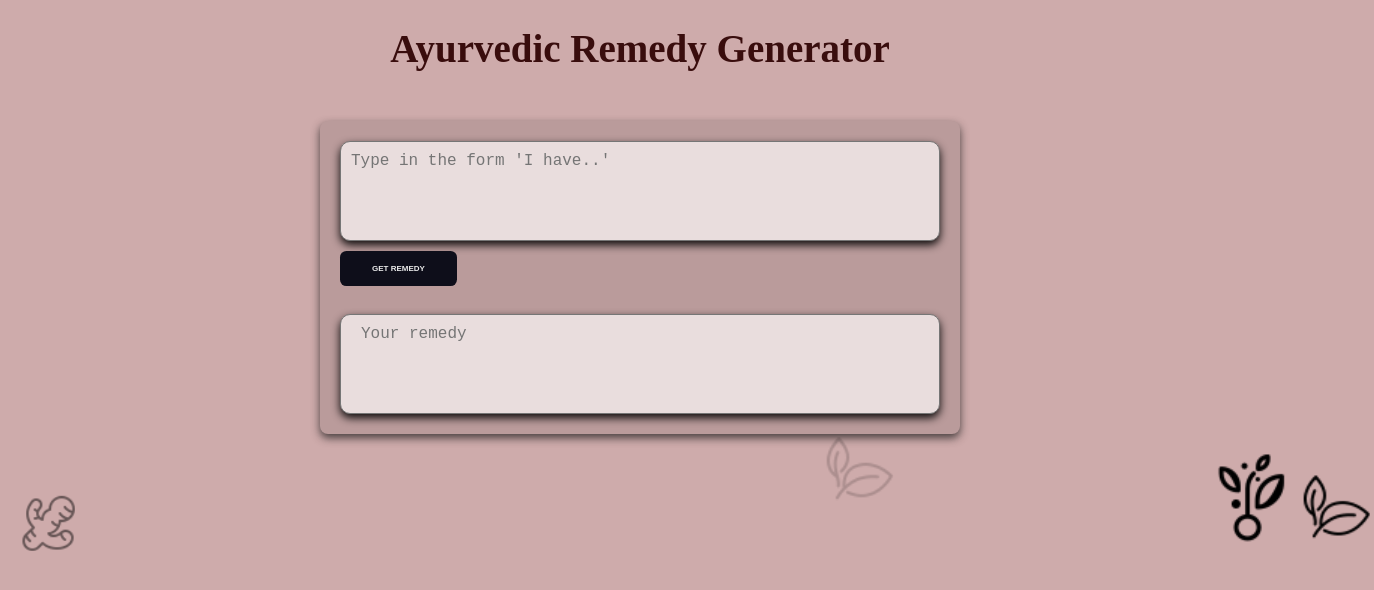
Repository: krutarthh/Ayurvedic-Remedy
Page: index.html
These files come from the project's save history. The page is drawn as it stood at one moment and after the next save; the edit follows.
The browser window is 1280 px wide. The page is 1374 px wide, so the pictures cover 1374 px, including what lies to the right of the window. The pictures show the whole page.

Above is the page before, as saved 2024-04-10 15:33:50.

### index.html
<!DOCTYPE html>
<html>
<head>
  <script type="importmap">
    {
      "imports": {
        "@google/generative-ai": "https://esm.run/@google/generative-ai"
      }
    }
  </script>
</head>
<body>
  <h1 id="main_title">Ayurvedic Remedy Generator</h1>
  <div class="container">
    <link rel="stylesheet" href="app.css">
    <textarea id="user_input" placeholder="Type in the form 'I have..'" type="container"></textarea>
    <button id="Send" type="container">Get Remedy</button>
    <br><br>
    <textarea id="answer" placeholder="Your remedy" type="container"></textarea>


  </div>
  <div class="muzieknootjes">
      <div class="noot-1">
        <img src="images/icons8-ginger-50.png">
      </div>
      <div class="noot-2">
        <img src="images/icons8-ayurveda-64.png">
      </div>
      <div class="noot-3">
        <img src="images/icons8-herb-50.png">
      </div>
      <div class="noot-4">
        <img src="images/icons8-ayurveda-64.png">
        <img src="images/icons8-herb-50.png">
      </div>
    </div>
  <script type="module" src="app.js"></script>
</body>
</html>

### app.css
/* app.css */
body {
    background: #ceabab;
}
.container {

    max-width: 600px;
    margin: 50px auto;
    padding: 20px;
    background-color: #ba9b9b;;
    border-radius: 8px;
    box-shadow: 0 4px 8px rgba(62, 55, 55, 0.931);
}
#user_input {
    width: 100%;
    padding: 10px;
    font-size: 16px;
background-color: #e9dddd;
    border-radius: 10px; /* Add border-radius property with a value of 10px */
    box-sizing: border-box;
    resize: none;
    height: 100px;
    margin: 0 auto;
    display: block;
    box-shadow: 0 4px 8px rgba(0, 0, 0, 0.931);
}

#answer {
  width: 100%;
  padding: 10px;
  font-size: 16px;
background-color: #e9dddd;
  border-radius: 10px; /* Add border-radius property with a value of 10px */
  box-sizing: border-box;
  resize: none;
  height: 100px;
  margin: 0 auto;
  display: block;
  box-shadow: 0 4px 8px rgba(0, 0, 0, 0.931);
}

#user_input {
    margin-bottom: 10px;
}




#answer {
    padding-left: 20px;
    margin-top: 10px;
}

#main_title {
    text-align: center;
    font-size: 39px;
    color: #390d0d;
    margin-bottom: 20px;
}



.muzieknootjes {
    display: block;
    margin: auto;
    position: relative;
    width: 100%;
    min-width: 200px;
    height: 100px;
    border: 0px solid #947070;
  }

  .noot-1,
  .noot-2,
  .noot-3,
  .noot-4 {
    position: absolute;
    animation: notes 2s infinite linear;
    font-size: 1px;
    opacity: 1;
  }

  .noot-1 {
    top: 30px;
    left: 0;
    animation-delay: 0.5s;
  }

  .noot-2 {
    top: 30px;
    left: 30%;
    animation-delay: 1s;
  }

  .noot-3 {
    top: 30px;
    left: 60%;
    animation-delay: 1.5s;
  }

  .noot-4 {
    top: 30px;
    left: 90%;
    animation-delay: 2s;
  }

  @keyframes notes {
    0% {
      transform: scale(1) translate(0, 0);
      opacity: 0;
    }
    50% {
      opacity: 1;
      transform: scale(1.5) translate(50%, -50%);
    }
    80% {
      opacity: 0;
      transform: scale(1.5) translate(100%, -100%);
    }
    100% {
      transform: scale(1.5) translate(100%, -100%);
      opacity: 0;
    }
  }





  #Send {
    font-size: 0.5rem; /* Decrease the font size to make the button smaller */
    padding: 0.8rem 2rem; /* Adjust the padding to make the button smaller */
    border: none;
    outline: none;
    border-radius: 0.4rem;
    cursor: pointer;
    text-transform: uppercase;
    background-color: rgb(14, 14, 26);
    color: rgb(234, 234, 234);
    font-weight: 700;
    transition: 0.6s;


  }

  #Send:active {
    scale: 0.92;
  }

  #Send:hover {
    background: rgb(2,29,78);
    background: linear-gradient(270deg, rgba(2, 29, 78, 0.681) 0%, rgba(31, 215, 232, 0.873) 60%);
    color: rgb(4, 4, 38);
  }

### app.js
import { GoogleGenerativeAI } from "@google/generative-ai";

// api call to get the model
const API_KEY = "AIzaSyDBtZZsASIYVyQiLgik32sfZeJjd2X8IPQ";


const genAI = new GoogleGenerativeAI(API_KEY);

const model = genAI.getGenerativeModel({ model: "gemini-pro" });

// fetchign the elements
const user_input = document.getElementById("user_input");
const answer_area = document.getElementById("answer");
const send_button = document.getElementById("Send");
// redirect from enter action to the clicking the button.
user_input.addEventListener("keyup", (event) => {
    if (event.key === "Enter") {
        send_button.click();
    }
});

// on click event to get the answer from the model
send_button.addEventListener("click", async () => {
    const question = user_input.value;
    const answer = await generateText(question + "give me a ayurvedic remedy, the answer should be short and specific, behave like a chatbot.");

    const filtered_answer = answer.replace(/\*/g, '');
    const typingSpeed = 28;
    const answerText = filtered_answer;
    let index = 0;
    function typeAnswer() {
        if (index < answerText.length) {
            answer_area.textContent += answerText.charAt(index);
            index++;
            setTimeout(typeAnswer, typingSpeed);
        }
    }

    typeAnswer();
});

// function to get the answer from the model
async function generateText(prompt) {

    const result = await model.generateContent(prompt);
    const response = await result.response;
    const text = await response.text();
    return text;
}

After the next save:
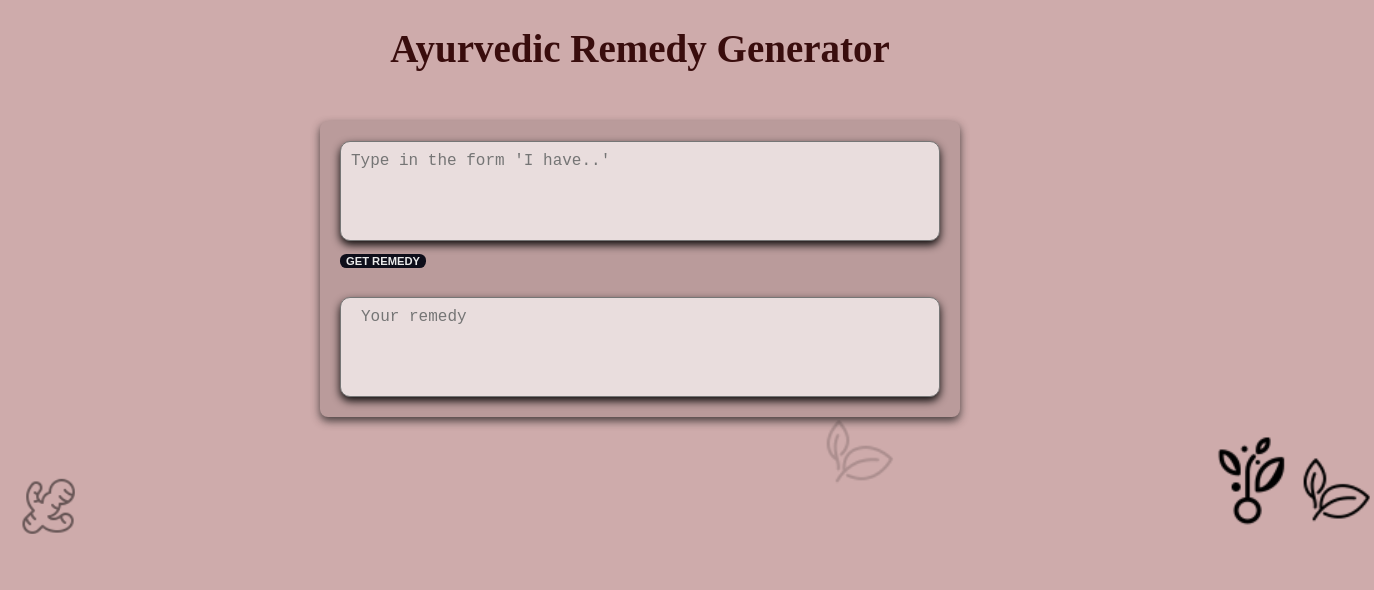
Saved 16 s later.
--- a/app.css
+++ b/app.css
@@ -128,8 +128,8 @@ background-color: #e9dddd;
 
 
   #Send {
-    font-size: 0.5rem; /* Decrease the font size to make the button smaller */
-    padding: 0.8rem 2rem; /* Adjust the padding to make the button smaller */
+    font-size: 0.7rem; /* Decrease the font size to make the button smaller */
+    padding: 0.rem 2rem; /* Adjust the padding to make the button smaller */
     border: none;
     outline: none;
     border-radius: 0.4rem;
